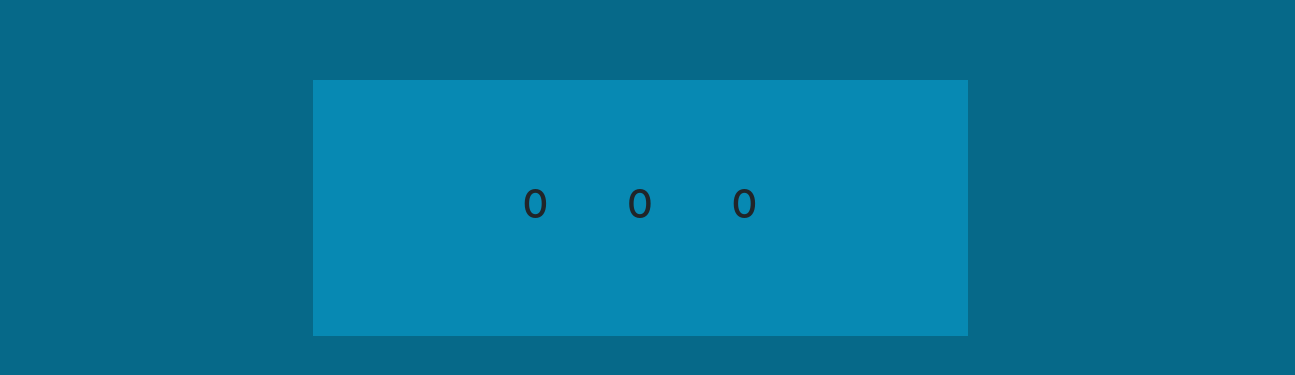
Repository: moiz9265/stopwatch
Page: index.html
These files come from the project's save history. The page is drawn as it stood at one moment and after the next save; the edit follows.
The browser window is 1280 px wide. The page is 1295 px wide, so the pictures cover 1295 px, including what lies to the right of the window. The pictures show the whole page.

Above is the page before, as saved 2020-07-09 22:53:20.

After the next save:
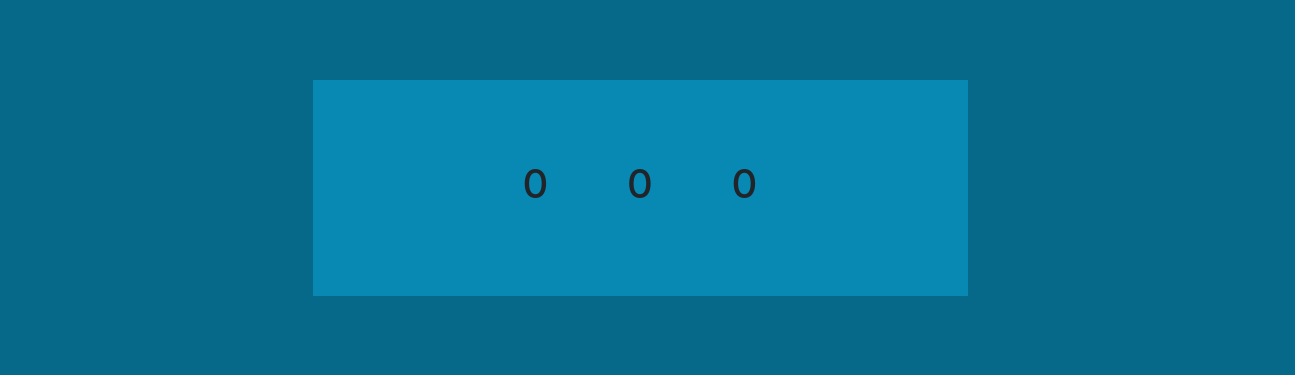
Saved 78 s later.
--- a/css/style.css
+++ b/css/style.css
@@ -7,7 +7,7 @@ body{
 
     width: 40%;
     background-color: #0789B3;
-    padding: 100px;
+    padding: 80px;
 }
 
 h1
